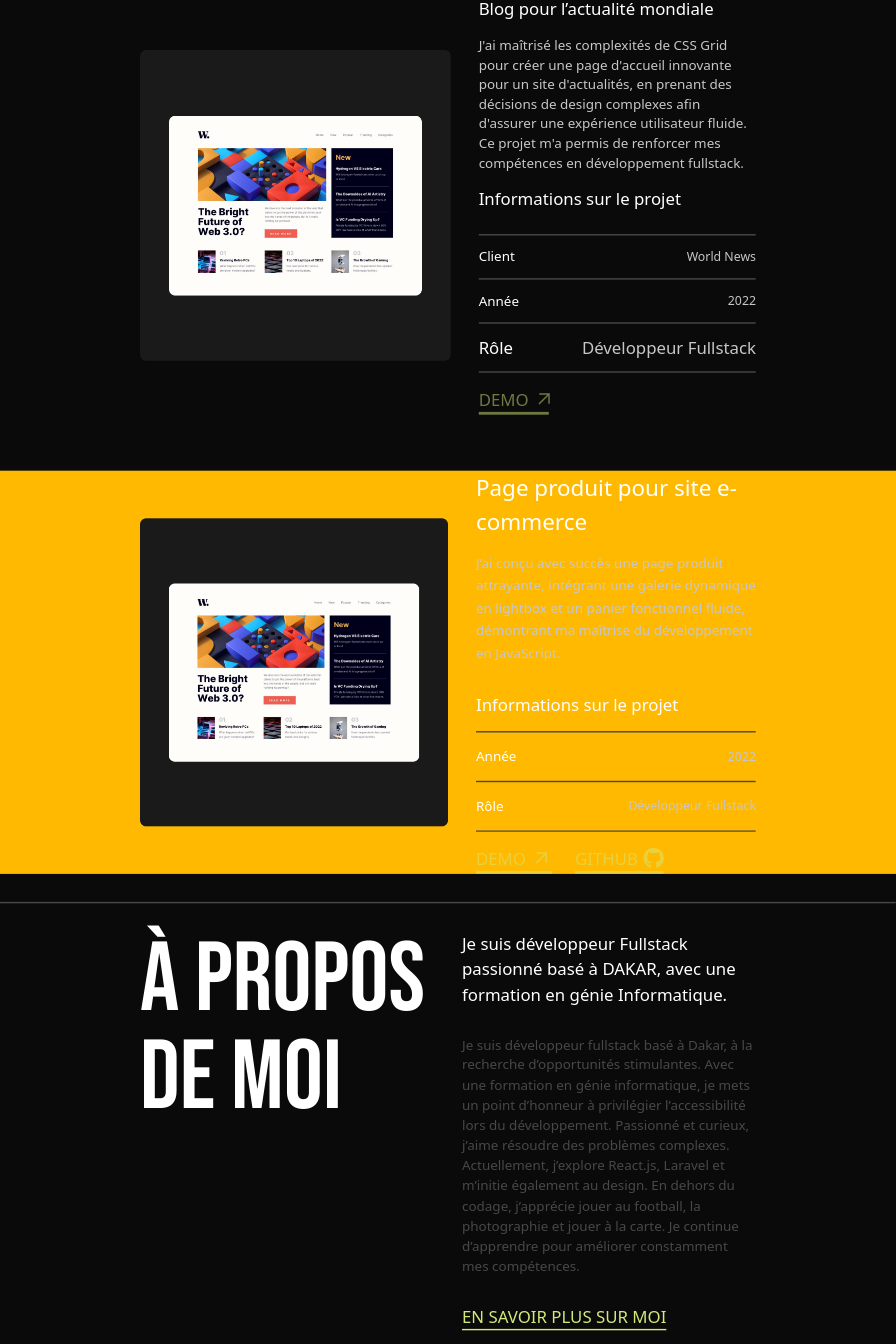
Repository: muslimdrame37-oss/Portfolio1
Page: src/index.html
An editor plug-in stored every save of this project. The page is shown before and after the next save, followed by the edit.
The browser window is 1280 px wide. The pictures show the part of the page from y = 1898 to 3818 px (the page is 4725 px tall), at 70% of full size.
Some web fonts or font styles are not loaded; a fallback is used. Some web libraries are served in a nearby version.

Above is the page before, as saved 2026-02-11 17:38:22.

After the next save:
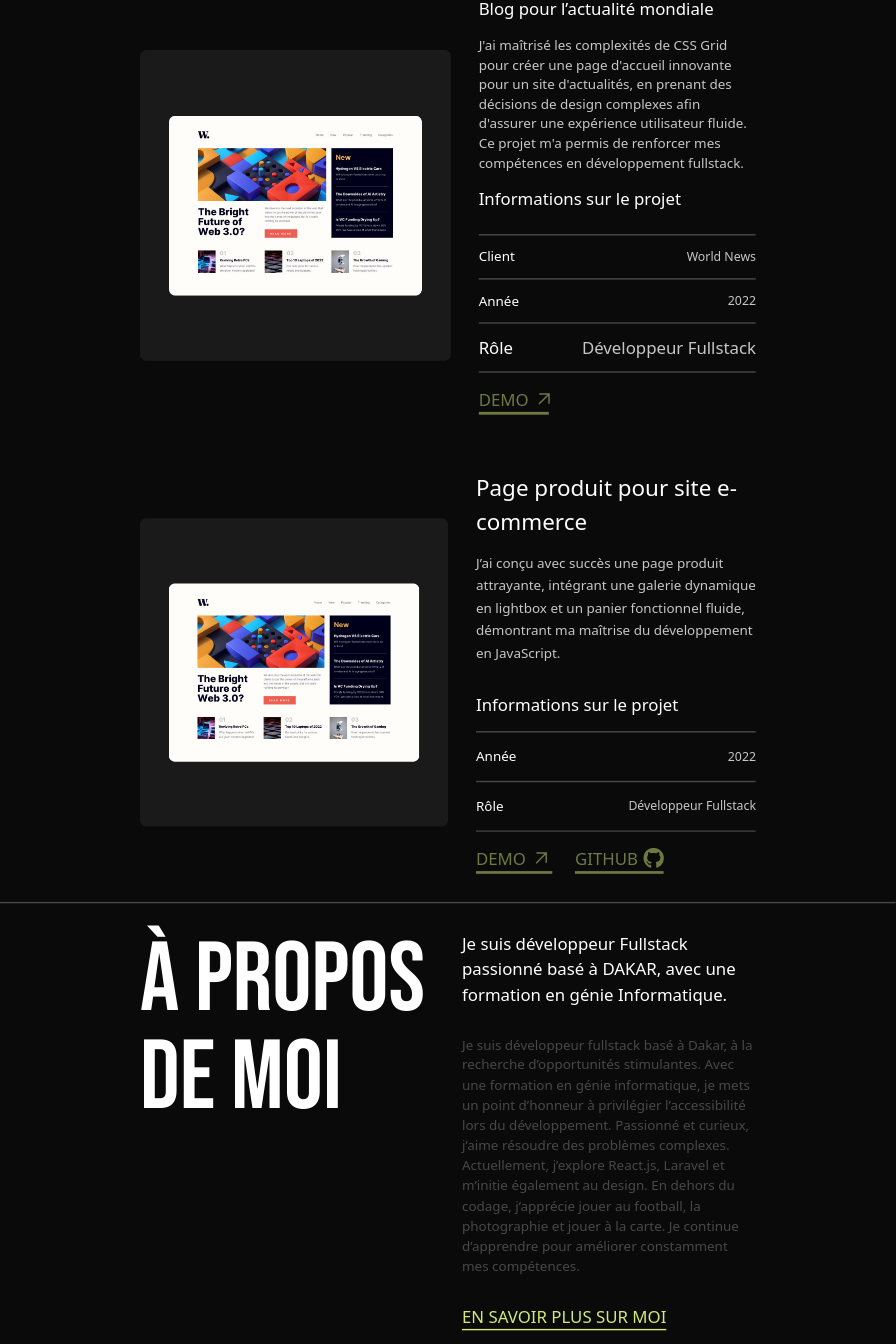
Saved 4 s later.
--- a/src/index.html
+++ b/src/index.html
@@ -194,7 +194,7 @@
 
         <!-- PROJET 3 -->
 
-        <section class="mt-20 flex flex-col px-8 gap-8 lg:gap-10 lg:flex-row lg:px-50 items-center bg-amber-400">
+        <section class="mt-20 flex flex-col px-8 gap-8 lg:gap-10 lg:flex-row lg:px-50 items-center">
             <img src="image/image3.png" alt="" class="w-full lg:w-1/2">
             <div class="w-full lg:w-1/2 flex flex-col gap-5">
                 <div class="flex flex-col gap-5">
